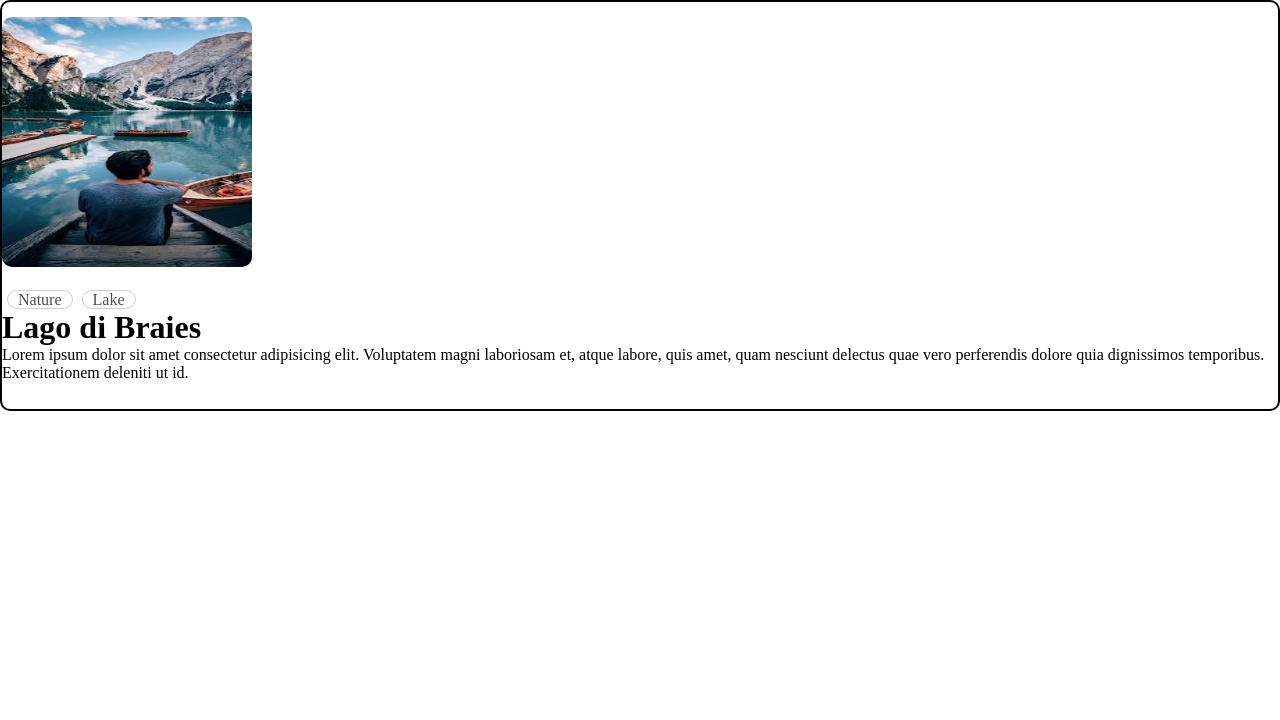
Repository: diensy/Web_dev
Page: Css/Exercise/exercise-2/index.html
The author's editor kept a copy of each file at every save. The page is drawn from the files as they stood at one save, then again after a run of saves.
The browser window is 1280 px wide. The pictures show the whole page.

Above is the page before, as saved 2024-05-27 21:19:55.

### Css/Exercise/exercise-2/index.html
<!DOCTYPE html>
<html lang="en">
  <head>
    <meta charset="UTF-8" />
    <meta name="viewport" content="width=device-width, initial-scale=1.0" />
    <title>Document</title>
    <link rel="stylesheet" href="index.css" />
  </head>
  <body>
    <div class="card">
      <div class="image">
        <img src="image.jpeg" alt="" />
      </div>
      <div class="button">
        <span>Nature</span>
        <span>Lake</span>
      </div>
      <div class="content">
        <h1>Lago di Braies</h1>
        <p>
          Lorem ipsum dolor sit amet consectetur adipisicing elit. Voluptatem
          magni laboriosam et, atque labore, quis amet, quam nesciunt delectus
          quae vero perferendis dolore quia dignissimos temporibus.
          Exercitationem deleniti ut id.
        </p>
      </div>
    </div>
  </body>
</html>

### Css/Exercise/exercise-2/index.css
* {
  margin: 0;
  padding: 0;
}
.card {
  border: 2px solid black;
  border-radius: 10px;
  display: grid;
  justify-content: center;

}
.image {
  margin-top: 15px;
  margin-bottom: 20px;
}
.image img {
  /* border: 1px solid black; */
  border-radius: 10px;
  height: 250px;
  width: 250px;
}
.button span {
  border: 1px solid rgba(107, 94, 94, 0.306);
  color: rgba(0, 0, 0, 0.694);
  border-radius: 40px;
  padding: 0 10px;
  margin-left: 5px;
  margin-bottom: 20px;
}
.content{
    height: 100px;
}

After the next 2 saves:
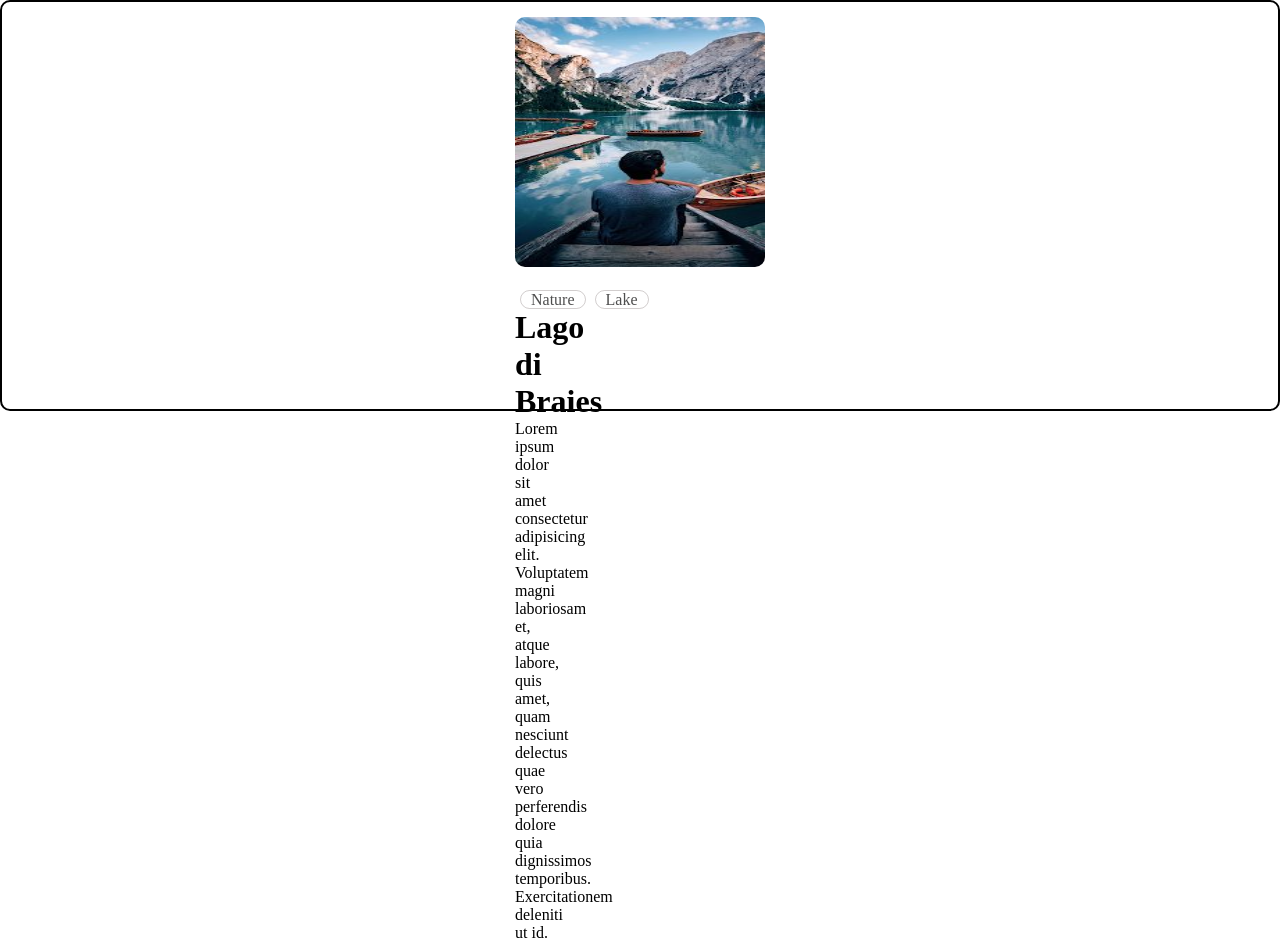
The 2 saves are shown as one change because they came seconds apart.
The last was saved 21 s later.
--- a/Css/Exercise/exercise-2/index.css
+++ b/Css/Exercise/exercise-2/index.css
@@ -29,4 +29,5 @@
 }
 .content{
     height: 100px;
+    width: 50px;
 }

After the 2 saves that followed:
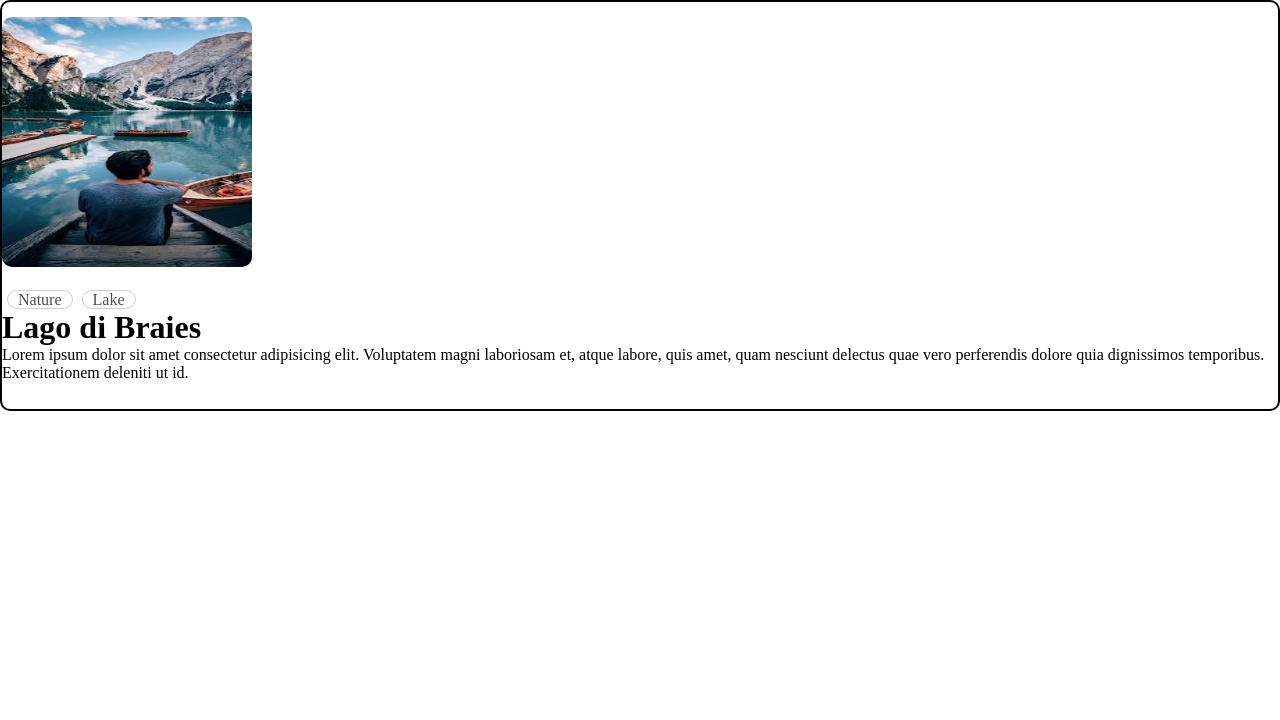
The 2 saves are shown as one change because they came seconds apart.
The last was saved 11 s later.
--- a/Css/Exercise/exercise-2/index.css
+++ b/Css/Exercise/exercise-2/index.css
@@ -29,5 +29,5 @@
 }
 .content{
     height: 100px;
-    width: 50px;
+    width: 50pw;
 }
